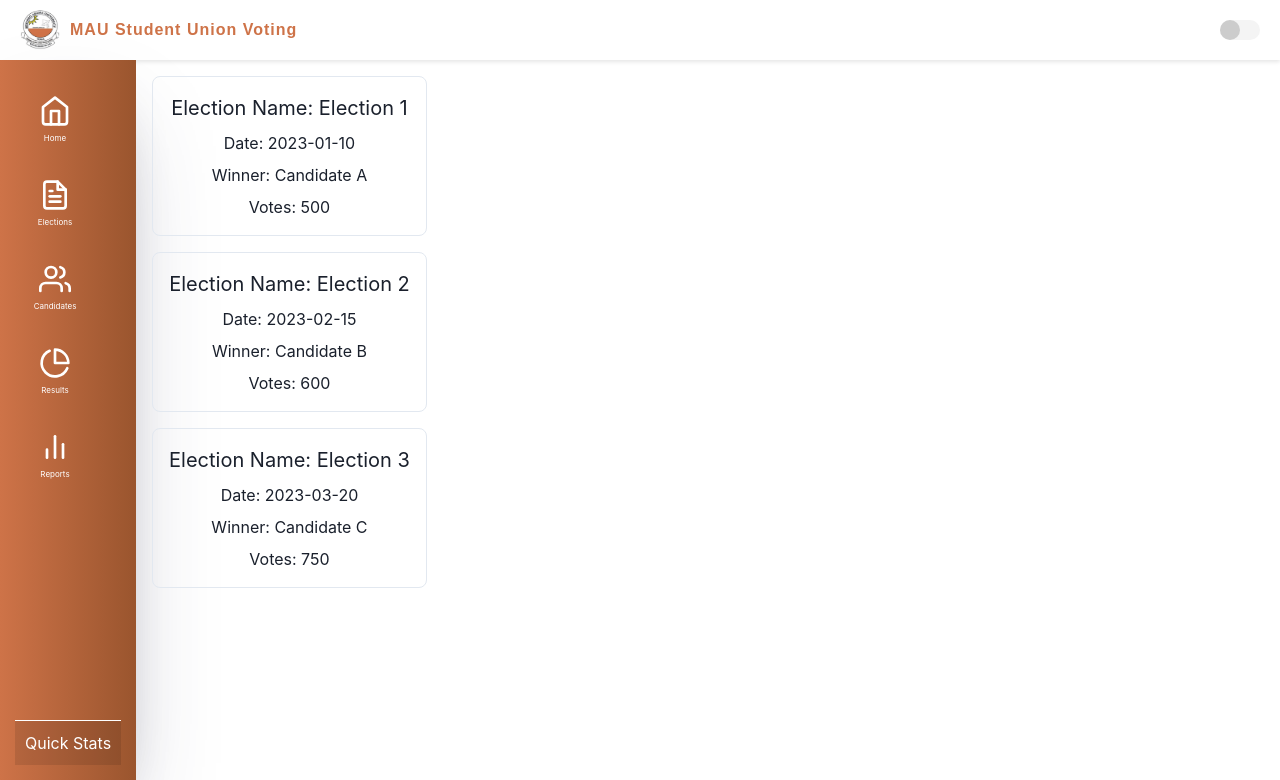
Repository: joena1o/e-vote
Page: /ElectionCommittee-dashboard/view-results
An editor plug-in stored every save of this project. The page is shown before and after the next save, followed by the edit.
The browser window is 1280 px wide. The pictures show the whole page.
The project was rebuilt for these pictures with package versions that can differ from the ones it lists, and the page was loaded fresh each time. Also part of the build but not shown: src/components/EnhancedLogin.js, src/components/maincontent/RegisterStudents/ManageStudents.js, src/components/maincontent/RegisterStudents/RegisterStudents.js, src/components/maincontent/RegisterStudents/StudentManagement.js, src/components/maincontent/ElectionResults/report.js, src/components/maincontent/ElectionResults/ViewElectionResults.js, src/components/maincontent/Settings/Settings.js, src/api/index.js and 22 more.

Above is the page before, as saved 2023-10-29 12:36:31.

### src/index.js
import React from 'react';
import ReactDOM from 'react-dom/client';
import './index.css';
import App from './App';
import reportWebVitals from './reportWebVitals';
import Modal from 'react-modal';

// Set the app element for the modal for accessibility purposes
Modal.setAppElement('#root');

const root = ReactDOM.createRoot(document.getElementById('root'));
root.render(
  <React.StrictMode>
    <App />
  </React.StrictMode>
);

// If you want to start measuring performance in your app, pass a function
// to log results (for example: reportWebVitals(console.log))
// or send to an analytics endpoint. Learn more: https://bit.ly/CRA-vitals
reportWebVitals();

### src/App.js
import React from 'react';
import { BrowserRouter as Router, Routes, Route, Navigate } from 'react-router-dom';
import EnhancedLogin from './components/EnhancedLogin';
import AdminDashboard from './components/AdminDashboard';
import StudentDashboard from './components/StudentDashboard';
import { ChakraProvider, ColorModeProvider, Button, useColorMode } from '@chakra-ui/react';
import { Provider } from 'react-redux';
import store from './Redux/store';
import ElectionCommitteeDashboard from './components/maincontent/ElectionCommitteeDashboard';

// Component to toggle dark mode
function DarkModeToggle() {
  const { colorMode, toggleColorMode } = useColorMode();
  return (
    <Button onClick={toggleColorMode} position="fixed" m={4} zIndex={10}>
      Toggle {colorMode === 'light' ? 'Dark' : 'Light'}
    </Button>
  );
}

function App() {
  // Check if the current route is not the "/login" route, then render the DarkModeToggle
  // const isLoginPage = window.location.pathname === '/login';

  return (
    <Provider store={store}>
      <ChakraProvider>
        <ColorModeProvider options={{ useSystemColorMode: true }}>
          <Router>
            <Routes>
              {/* Define your routes */}
              <Route path="/login" element={<EnhancedLogin />} />
              <Route path="/admin-dashboard/*" element={<AdminDashboard />} />
              <Route path="/ElectionCommittee-dashboard/*" element={<ElectionCommitteeDashboard />} />
              <Route path='/student-dashboard/*' element={<StudentDashboard />} />
              {/* Redirect root to /admin-dashboard */}
              <Route path="/" element={<Navigate to="/admin-dashboard" replace />} />
            </Routes>
          </Router>
          {/* Render DarkModeToggle only if not on the "/login" page */}
          {/* {!isLoginPage && <DarkModeToggle />} */}
        </ColorModeProvider>
      </ChakraProvider>
    </Provider>
  );
}

export default App;

### src/Redux/store.js
import { configureStore } from '@reduxjs/toolkit';
import electionReducer from './electionSlice';
import studentsReducer from './studentsSlice';
import candidatesReducer from './CandidateSlice'; // Import the candidates reducer

const store = configureStore({
  reducer: {
    elections: electionReducer,
    students: studentsReducer,
    candidates: candidatesReducer, // Add the candidates reducer here
  },
});

export default store;

### src/components/maincontent/ElectionCommitteeDashboard.js
// ElectionCommitteeDashboard.js
import React from 'react';
import { Routes, Route } from 'react-router-dom';
import ElectionCommitteeSidebar from './ElectionCommitteeSidebar';
import Navbar from '../Navbar';
import styled from 'styled-components';
import ElectionList from './ManageElections/ElectionList';
import ViewResults from './ElectionResults/ViewResults';
import ElectionCommitteeHome from './home/ElectionCommitteeHome';
import CandidatesScreening from './CandidateScreening/CandidateScreening';



const Container = styled.div`
  display: flex;
  flex-direction: column;
  height: 100vh;
  width: 100%;
`;

const Content = styled.div`
  display: flex;
  flex: 1;
`;

const ElectionCommitteeDashboard = () => {
  return (
    <Container>
      <Navbar />
      <Content>
        <ElectionCommitteeSidebar />
        <Routes>
          <Route index element={<ElectionCommitteeHome />} />

          <Route path="election-list" element={<ElectionList />} />
          <Route path="candidates-screening" element={<CandidatesScreening />} />
          <Route path="view-results" element={<ViewResults />} />

        </Routes>
      </Content>
    </Container>
  );
};

export default ElectionCommitteeDashboard;

### src/components/Navbar.js
import React from 'react';
import styled, { createGlobalStyle } from 'styled-components';
import logo from '../assets/school_logo.jpg';
import { useColorMode } from '@chakra-ui/react';

const GlobalStyle = createGlobalStyle`
  body {
    background-color: ${props => (props.theme === 'dark' ? '#333' : '#fff')};
    color: ${props => (props.theme === 'dark' ? '#fff' : '#000')}; // Set other component texts to black in light mode
  }
`;

const Header = styled.header`
  background: ${props => (props.theme === 'dark' ? '#333' : '#fff')};
  color: ${props => (props.theme === 'dark' ? '#fff' : '#ce7348')}; // Set navbar text to brown in light mode
  padding: 10px 20px;
  display: flex;
  align-items: center;
  justify-content: flex-start;
  box-shadow: 0px 2px 4px rgba(0, 0, 0, 0.1);
  font-family: 'Poppins', sans-serif;
`;


const Logo = styled.img`
  width: 40px;
  height: 40px;
  border-radius: 20px;
  margin-right: 10px;
`;

const Title = styled.h1`
  margin: 0;
  padding: 0;
  font-size: 1rem;
  font-weight: 600;
  letter-spacing: 1px;
`;

const ToggleSlider = styled.label`
  display: flex;
  align-items: center;
  cursor: pointer;
  margin-left: auto;
`;

const SliderInput = styled.input.attrs({ type: 'checkbox' })`
  display: none;
`;

const Slider = styled.div`
  width: 40px;
  height: 20px;
  background-color: ${props => (props.theme === 'dark' ? '#333' : '#f4f4f4')};
  border-radius: 20px;
  position: relative;
  transition: background-color 0.3s ease;
  cursor: pointer;

  &::after {
    content: '';
    width: 20px;
    height: 20px;
    border-radius: 50%;
    background-color: ${props => (props.theme === 'dark' ? '#fff' : '#ccc')};
    position: absolute;
    top: 50%;
    transform: translateY(-50%);
    left: ${props => (props.theme === 'dark' ? '20px' : '0')};
    transition: left 0.3s ease;
  }
`;

function Navbar() {
  const { colorMode, toggleColorMode } = useColorMode();

  return (
    <>
      <GlobalStyle theme={colorMode} />
      <Header theme={colorMode}>
        <Logo src={logo} alt="University Logo" />
        <Title>MAU Student Union Voting</Title>
        <ToggleSlider>
          <SliderInput type="checkbox" onChange={toggleColorMode} />
          <Slider theme={colorMode} />
        </ToggleSlider>
      </Header>
    </>
  );
}

export default Navbar;

### src/Redux/electionSlice.js
/*import { createSlice, createAsyncThunk } from '@reduxjs/toolkit';
import { API, graphqlOperation } from 'aws-amplify';
import { createElection as createElectionAPI } from '../graphql/mutations';

export const createElection = createAsyncThunk(
  'elections/createElection',
  async (election, { rejectWithValue }) => {
    try {
      const result = await API.graphql(graphqlOperation(createElectionAPI, { input: election }));
      return result.data.createElection;
    } catch (error) {
      return rejectWithValue(error);
    }
  }
);

const electionSlice = createSlice({
  name: 'elections',
  initialState: [],
  reducers: {},
  extraReducers: (builder) => {
    builder.addCase(createElection.fulfilled, (state, action) => {
      state.push(action.payload);
    });
  },
});

export default electionSlice.reducer;
*/

### src/Redux/studentsSlice.js
import { createSlice } from '@reduxjs/toolkit';

export const studentsSlice = createSlice({
  name: 'students',
  initialState: [],
  reducers: {
    addStudents: (state, action) => {
      // Add students to the Redux store
      action.payload.forEach(student => {
        state.push(student);
      });
    },
  },
});

export const { addStudents } = studentsSlice.actions;

export default studentsSlice.reducer;

### src/Redux/CandidateSlice.js

import { createSlice } from '@reduxjs/toolkit';

export const candidatesSlice = createSlice({
  name: 'candidates',
  initialState: [],
  reducers: {
    setCandidates: (state, action) => {
      return action.payload;
    },
  },
});

export const { setCandidates } = candidatesSlice.actions;
export default candidatesSlice.reducer;

### src/components/maincontent/ElectionCommitteeSidebar.js
import React from 'react';
import styled from 'styled-components';
import { Link } from 'react-router-dom';
import { FiHome, FiFileText, FiUsers, FiPieChart, FiBarChart2, FiTrendingUp } from 'react-icons/fi';
import { useColorMode } from '@chakra-ui/react';


const SidebarContainer = styled.nav`
  background: ${props => (props.theme === 'dark' ? '#333' : 'linear-gradient(to right, #ce7348, #9a552e)')};
  padding: 15px;
  height: 100vh;
  color: #fff;
  box-shadow: rgba(50, 50, 93, 0.25) 0px 50px 100px -20px, rgba(0, 0, 0, 0.3) 0px 30px 60px -30px;
  display: flex;
  flex-direction: column;
`;

const LinkList = styled.ul`
  list-style-type: none;
  padding: 0;
  flex: 1;
`;

const StyledLink = styled(Link)`
  text-decoration: none;
  color: #fff;
  display: flex;
  flex-direction: column;
  align-items: center;
  transition: color 0.3s ease;
  margin-bottom: 15px;
  cursor: pointer;
  font-size: 0.5rem;

  &:hover {
    color: #fce364;
  }

  width: 80px;
  text-align: center;
  word-wrap: break-word;
  overflow-wrap: break-word;
`;

const LinkItem = styled.li`
  display: flex;
  align-items: center;
  margin-top: 20px;
`;

const Icon = styled.div`
  font-size: 2rem;
  color: #fff;

  margin-bottom: 5px;

  ${StyledLink}:hover & {
    color: #fce364;
  }
`;

const QuickStats = styled.div`
  margin-top: auto;
  padding: 10px;
  background: rgba(0, 0, 0, 0.1);
  border-top: 1px solid #fff;
`;

function ElectionCommitteeSidebar() {
  const { colorMode } = useColorMode();

  return (
    <SidebarContainer theme={colorMode}>
      <LinkList>
        <LinkItem>
          <StyledLink to="/ElectionCommittee-dashboard">
            <Icon><FiHome /></Icon>
            Home
          </StyledLink>
        </LinkItem>
        <LinkItem>
          <StyledLink to="/ElectionCommittee-dashboard/election-list">
            <Icon><FiFileText /></Icon>
            Elections
          </StyledLink>
        </LinkItem>
        <LinkItem>
          <StyledLink to="/ElectionCommittee-dashboard/candidates-screening">
            <Icon><FiUsers /></Icon>
            Candidates
          </StyledLink>
        </LinkItem>
        <LinkItem>
          <StyledLink to="/ElectionCommittee-dashboard/view-results">
            <Icon><FiPieChart /></Icon>
            Results
          </StyledLink>
        </LinkItem>
        <LinkItem>
          <StyledLink to="/reports">
            <Icon><FiBarChart2 /></Icon>
            Reports
          </StyledLink>
        </LinkItem>
      </LinkList>
      <QuickStats>
        <h3>Quick Stats</h3>
        {/* Here you can place any quick statistics or relevant data for the admin */}
      </QuickStats>
    </SidebarContainer>
  );
}

export default ElectionCommitteeSidebar;

### src/components/maincontent/ElectionResults/ViewResults.js
import React, { useEffect, useState } from 'react';
import { API } from 'aws-amplify';
import { Box, VStack, Heading, Text, useColorModeValue } from '@chakra-ui/react';
import { toast } from 'react-toastify';
import 'react-toastify/dist/ReactToastify.css';

const ViewResults = () => {
  const colorModeValue = useColorModeValue('gray.200', 'gray.600');

  const mockPastElectionResults = [
    {
      id: 1,
      electionName: 'Election 1',
      date: '2023-01-10',
      winner: 'Candidate A',
      votes: 500,
    },
    {
      id: 2,
      electionName: 'Election 2',
      date: '2023-02-15',
      winner: 'Candidate B',
      votes: 600,
    },
    {
      id: 3,
      electionName: 'Election 3',
      date: '2023-03-20',
      winner: 'Candidate C',
      votes: 750,
    },
  ];

  const [pastElectionResults, setPastElectionResults] = useState(mockPastElectionResults);

  useEffect(() => {
    const fetchResults = async () => {

    };

    fetchResults();
  }, []);

  return (
    <Box p={4}>

      {pastElectionResults.map((result) => (
        <VStack
          key={result.id}
          border="1px"
          borderColor={colorModeValue}
          borderRadius="lg"
          p={4}
          mb={4}
        >
          <Text fontSize="xl">Election Name: {result.electionName}</Text>
          <Text>Date: {result.date}</Text>
          <Text>Winner: {result.winner}</Text>
          <Text>Votes: {result.votes}</Text>
        </VStack>
      ))}
    </Box>
  );
};

export default ViewResults;

Loaded but not shown: public/index.html (common file); src/index.css (common file); src/reportWebVitals.js (common file)

After the next save:
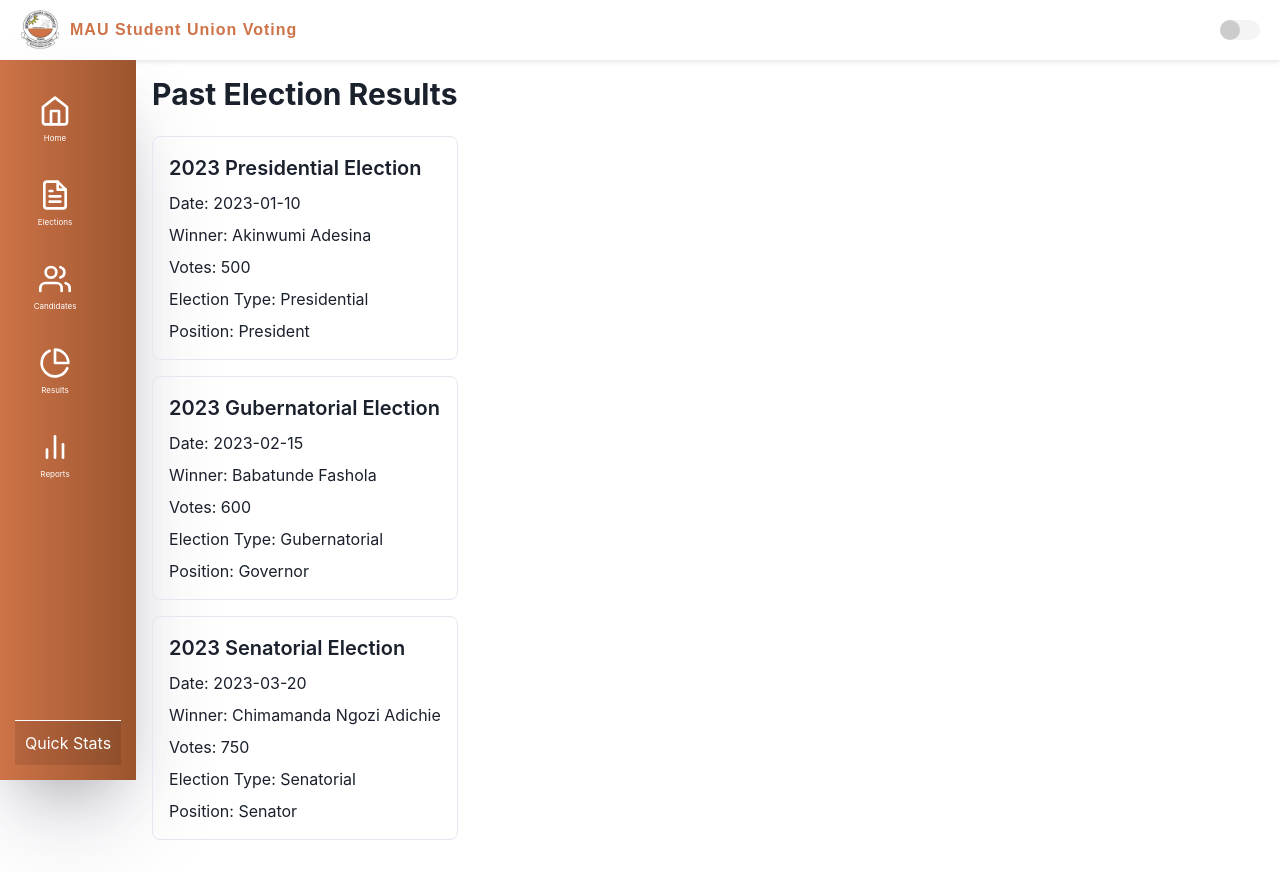
Saved 3 days later.
--- a/src/components/maincontent/ElectionResults/ViewResults.js
+++ b/src/components/maincontent/ElectionResults/ViewResults.js
@@ -1,5 +1,4 @@
 import React, { useEffect, useState } from 'react';
-import { API } from 'aws-amplify';
 import { Box, VStack, Heading, Text, useColorModeValue } from '@chakra-ui/react';
 import { toast } from 'react-toastify';
 import 'react-toastify/dist/ReactToastify.css';
@@ -10,32 +9,42 @@ const ViewResults = () => {
   const mockPastElectionResults = [
     {
       id: 1,
-      electionName: 'Election 1',
+      electionName: '2023 Presidential Election',
       date: '2023-01-10',
-      winner: 'Candidate A',
+      winner: 'Akinwumi Adesina',
       votes: 500,
+      electionType: 'Presidential',
+      position: 'President',
     },
     {
       id: 2,
-      electionName: 'Election 2',
+      electionName: '2023 Gubernatorial Election',
       date: '2023-02-15',
-      winner: 'Candidate B',
+      winner: 'Babatunde Fashola',
       votes: 600,
+      electionType: 'Gubernatorial',
+      position: 'Governor',
     },
     {
       id: 3,
-      electionName: 'Election 3',
+      electionName: '2023 Senatorial Election',
       date: '2023-03-20',
-      winner: 'Candidate C',
+      winner: 'Chimamanda Ngozi Adichie',
       votes: 750,
+      electionType: 'Senatorial',
+      position: 'Senator',
     },
+    // ... other past election results
   ];
 
   const [pastElectionResults, setPastElectionResults] = useState(mockPastElectionResults);
 
   useEffect(() => {
     const fetchResults = async () => {
-
+      // Fetch results from an API or other data source
+      // If fetching from an API, you would use something like:
+      // const results = await API.get('yourApiName', '/results');
+      // setPastElectionResults(results);
     };
 
     fetchResults();
@@ -43,7 +52,7 @@ const ViewResults = () => {
 
   return (
     <Box p={4}>
-
+      <Heading size="lg" mb={6}>Past Election Results</Heading>
       {pastElectionResults.map((result) => (
         <VStack
           key={result.id}
@@ -52,11 +61,15 @@ const ViewResults = () => {
           borderRadius="lg"
           p={4}
           mb={4}
+          spacing={2}
+          align="left"
         >
-          <Text fontSize="xl">Election Name: {result.electionName}</Text>
+          <Text fontSize="xl" fontWeight="semibold">{result.electionName}</Text>
           <Text>Date: {result.date}</Text>
           <Text>Winner: {result.winner}</Text>
           <Text>Votes: {result.votes}</Text>
+          <Text>Election Type: {result.electionType}</Text>
+          <Text>Position: {result.position}</Text>
         </VStack>
       ))}
     </Box>
